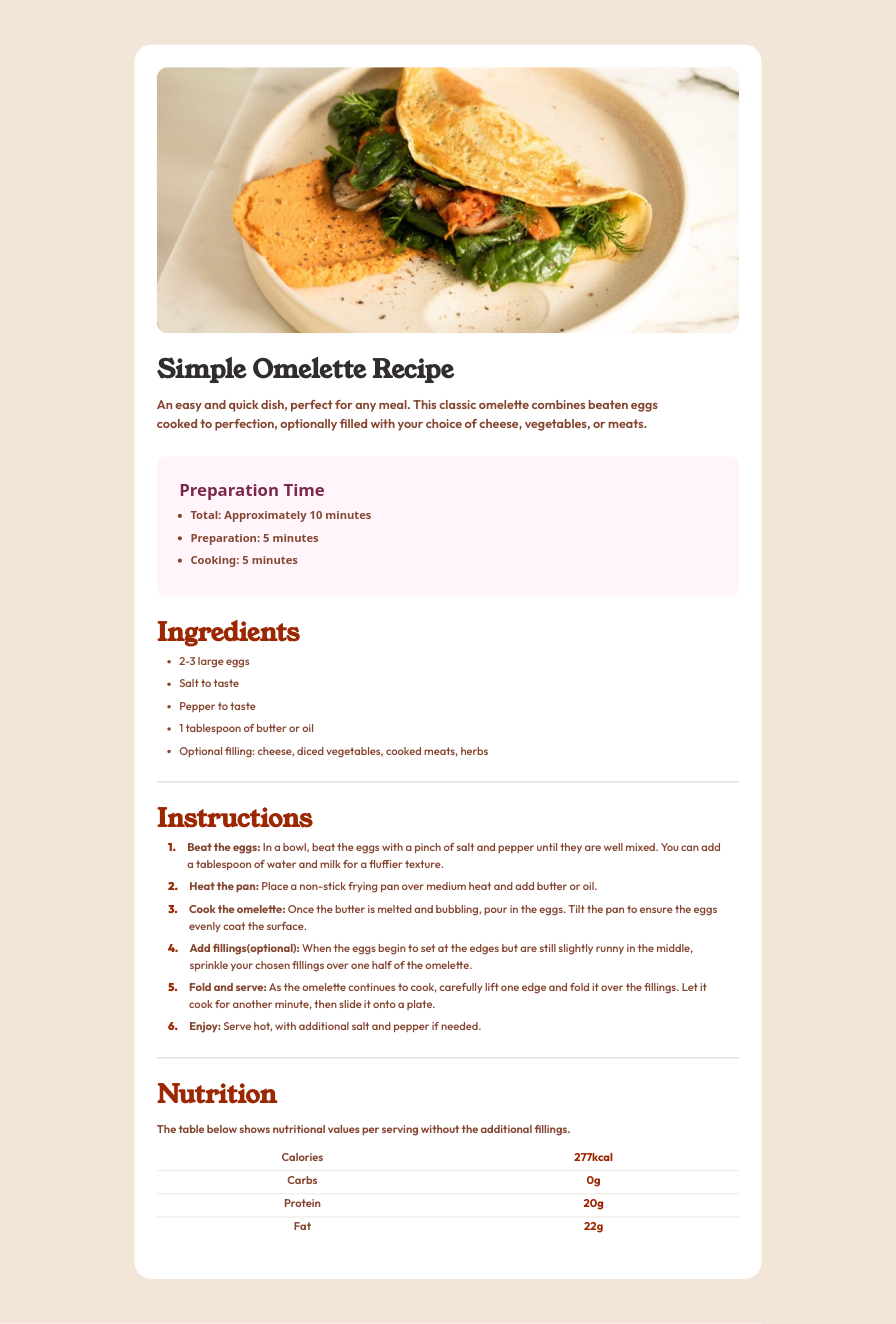
Repository: nivrii/recipe-page-main
Page: /
An editor plug-in stored every save of this project. The page is shown before and after the next save, followed by the edit.
The browser window is 1280 px wide. The pictures show the whole page, at 70% of full size.
The project was rebuilt for these pictures with package versions that can differ from the ones it lists, and the page was loaded fresh each time. Also part of the build but not shown: vite.config.js, src/index.css.

Above is the page before, as saved 2024-03-27 12:31:57.

After the next save:
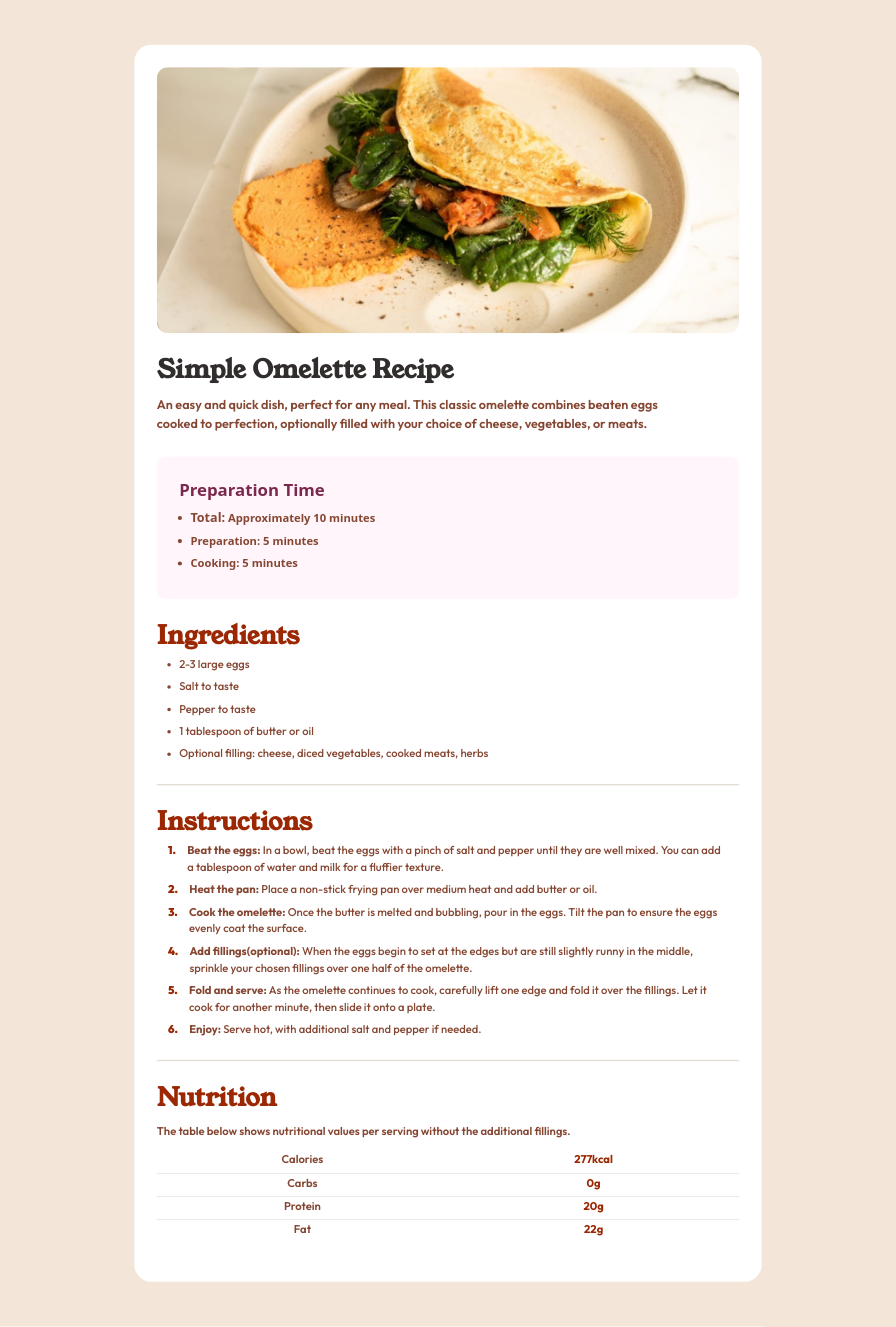
Saved 56 s later.
--- a/src/Prep.jsx
+++ b/src/Prep.jsx
@@ -5,7 +5,7 @@ export function Prep() {
         </h1>
         <ul className="list-disc px-4 text-nutmeg">
           <li className=" font-semibold my-2">
-            <span className="font-extrabold md:text-2x1">Total:</span> Approximately 10
+            <span className="font-extrabold md:text-lg">Total:</span> Approximately 10
             minutes
           </li>
           <li className=" font-semibold my-2">

After the save that followed:
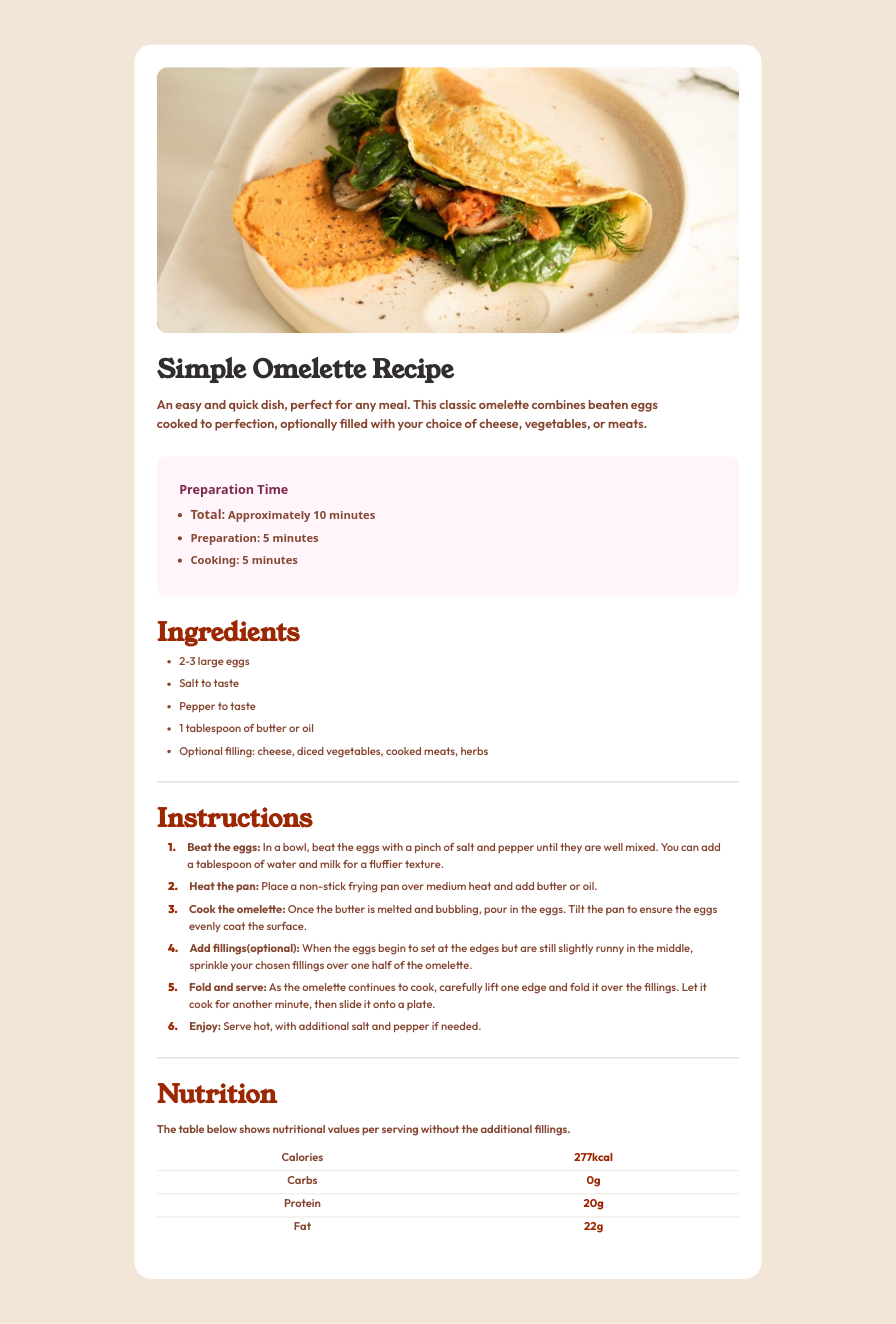
Saved 11 s later.
--- a/src/Prep.jsx
+++ b/src/Prep.jsx
@@ -1,6 +1,6 @@
 export function Prep() {
   return <div className="bg-roseWhite p-4 mx-8 rounded-xl md:mx-0 md:p-8">
-        <h1 className="text-left text-darkRaspberry text-2xl font-bold md:text-8x1">
+        <h1 className="text-left text-darkRaspberry text-2xl font-bold md:text-lg">
           Preparation Time
         </h1>
         <ul className="list-disc px-4 text-nutmeg">
